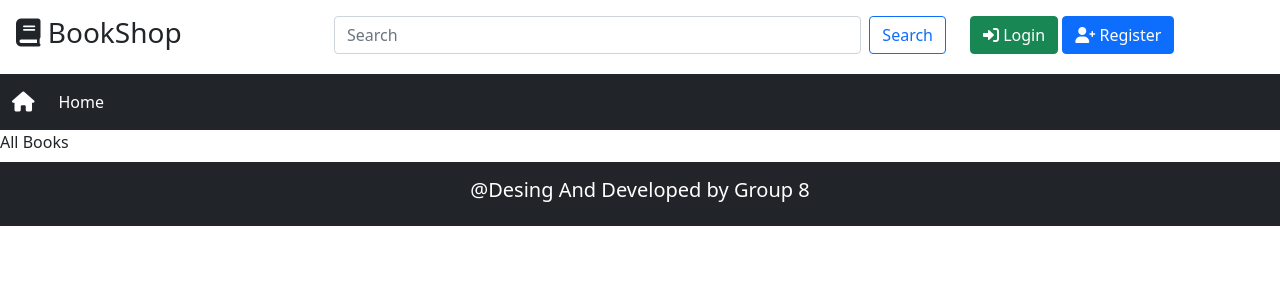
Repository: Abhishekverma23797/BookShopApp
Page: http://localhost/Ebook-App/Admin/all_books.jsp
The author's editor kept a copy of each file at every save. The page is drawn from the files as they stood at one save, then again after the next save.
The browser window is 1280 px wide. The pictures show the whole page.
The page is served by Tomcat 9.

Above is the page before, as saved 2021-12-09 09:59:10.

After the next save:
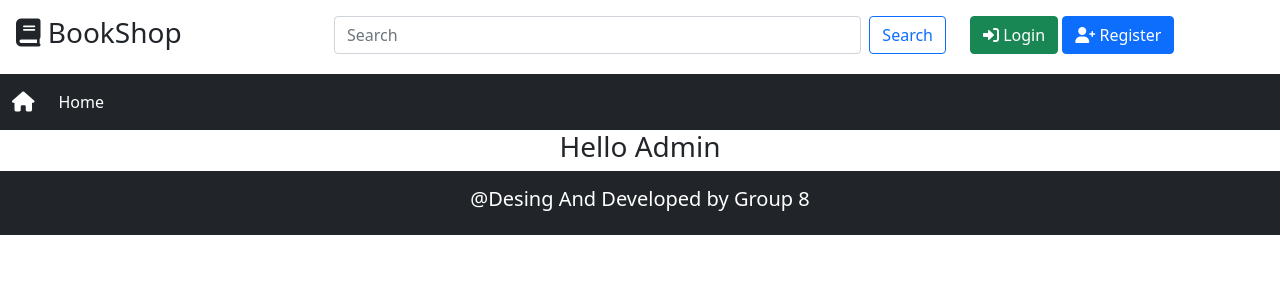
Saved 93 s later.
--- a/Ebook-App/src/main/webapp/Admin/all_books.jsp
+++ b/Ebook-App/src/main/webapp/Admin/all_books.jsp
@@ -9,7 +9,7 @@
 </head>
 <body>
 	<%@include file="navbar.jsp"%>
-All Books
+<h3 class="text-center"> Hello Admin</h3>
 <%@include file="footer.jsp"%>
 </body>
 </html>
